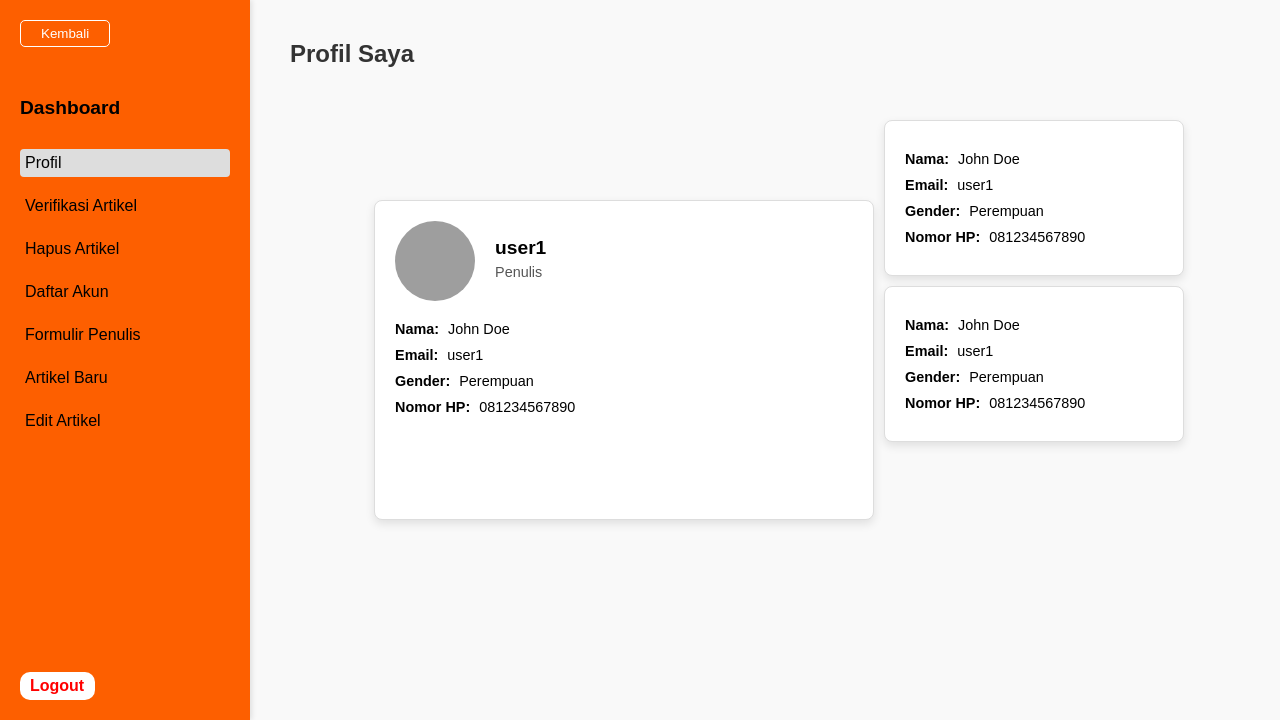
Repository: novalArd/Website_Berita_360News
Page: http://localhost/tes/Profile.php
The author's editor kept a copy of each file at every save. The page is drawn from the files as they stood at one save, then again after the next save.
The browser window is 1280 px wide. The pictures show the whole page.
Pictures or frames that could not be fetched are drawn as grey boxes. The page is run by PHP 8.4 with error messages shown; the project is at /var/www/html/. The session is filled in as if someone had signed in: {"user_id": 1, "username": "user1", "role": "admin", "nama_lengkap": "John Doe", "jenis_kelamin": "", "nomor_hp": "081234567890"}. Other server files are loaded and not shown. The database holds what the project's SQL file puts in it.

Above is the page before, as saved 2024-12-16 23:59:50.

### tes/Profile.php
<?php
session_start();
if (!isset($_SESSION['user_id'])) {
    header('Location: ../pagelogin.html'); // Redirect jika belum login
    exit;
}

require '../database.php'; // Jalur diperbarui untuk mengakses database.php dari folder tes

// Ambil data pengguna dari database berdasarkan sesi
$stmt = $conn->prepare("SELECT * FROM users WHERE id = :id");
$stmt->execute(['id' => $_SESSION['user_id']]);
$user = $stmt->fetch(PDO::FETCH_ASSOC);

if (!$user) {
    echo "Pengguna tidak ditemukan.";
    exit;
}
?>

<!DOCTYPE html>
<html lang="id">
<head>
  <meta charset="UTF-8">
  <meta name="viewport" content="width=device-width, initial-scale=1.0">
  <title>Profil Saya</title>
  <link rel="stylesheet" href="profile.css?v=1.0">
</head>
<body>
  <div class="container">
    <!-- Sidebar -->
    <aside class="sidebar">
      <div class="kembali-btn">
        <button>Kembali</button>
      </div>
    <h3>Dashboard</h3>
      <ul>
        <?php if ($_SESSION['role'] === 'admin'): ?>
        <!-- Menu untuk admin -->
        <li><a id="profil" href="admin.php">Profil</a></li>
        <li><a id="verifikasiArtikel" href="verifikasi.php">Verifikasi Artikel</a></li>
        <li><a id="hapusArtikel" href="hapus_artikel.php">Hapus Artikel</a></li>
        <li><a id="daftarAkun" href="daftar_akun.php">Daftar Akun</a></li>
        <li><a id="formulirPenulis" href="form_penulis.php">Formulir Penulis</a></li>
        <li><a id="artikelBaru" href="artikel_baru.php">Artikel Baru</a></li>
        <li><a id="editArtikel" href="edit_artikel.php">Edit Artikel</a></li>
        <?php elseif ($_SESSION['role'] === 'penulis'): ?>
        <!-- Menu untuk penulis -->
        <li><a id="profil" href="Profile.php">Profile</a></li>
        <li><a id="tambahArtikel" href="Tambah.php">Tambah Artikel</a></li>
        <li><a id="editArtikel" href="edit_artikel.php">Edit Artikel</a></li>
        <li><a id="artikelSaya" href="artikel_saya.php">Artikel Saya</a></li>
        <li><a id="hapusArtikel" href="hapus_artikel.php">Hapus Artikel</a></li>
        <?php endif; ?>
      </ul>
    <a href="../logout.php" class="logout">Logout</a>
  </aside>

    <!-- Main Content -->
    <main class="main-content">
      <h2>Profil Saya</h2>
      <div class="profile-card" id="profil-nama">
        <div class="profile-header">
          <img src="profile-pic.jpg" alt="Foto Profil" class="profile-img">
          <div>
            <h3><?php echo htmlspecialchars($user['username']); ?></h3>
            <p>Penulis</p>
          </div>
        </div>
        <div class="profile-details">
          <p><strong>Nama:</strong> <?php echo htmlspecialchars($user['nama_lengkap']); ?></p>
          <p><strong>Email:</strong> <?php echo htmlspecialchars($user['username']); ?></p>
          <p><strong>Gender:</strong> <?php echo $user['jenis_kelamin'] == 'L' ? 'Laki-laki' : 'Perempuan'; ?></p>
          <p><strong>Nomor HP:</strong> <?php echo htmlspecialchars($user['nomor_hp']); ?></p>
        </div>
      </div>
      <div class="profile-2">
      <div class="profile-card">
        <div class="profile-details">
          <p><strong>Nama:</strong> <?php echo htmlspecialchars($user['nama_lengkap']); ?></p>
          <p><strong>Email:</strong> <?php echo htmlspecialchars($user['username']); ?></p>
          <p><strong>Gender:</strong> <?php echo $user['jenis_kelamin'] == 'L' ? 'Laki-laki' : 'Perempuan'; ?></p>
          <p><strong>Nomor HP:</strong> <?php echo htmlspecialchars($user['nomor_hp']); ?></p>
        </div>
      </div>
      <div class="profile-card">
        <div class="profile-details">
          <p><strong>Nama:</strong> <?php echo htmlspecialchars($user['nama_lengkap']); ?></p>
          <p><strong>Email:</strong> <?php echo htmlspecialchars($user['username']); ?></p>
          <p><strong>Gender:</strong> <?php echo $user['jenis_kelamin'] == 'L' ? 'Laki-laki' : 'Perempuan'; ?></p>
          <p><strong>Nomor HP:</strong> <?php echo htmlspecialchars($user['nomor_hp']); ?></p>
        </div>
      </div>
      </div>
    </main>
  </div>
</body>
</html>

### database.php
<?php
$host = 'localhost';
$dbname = 'news_management';
$username = 'root'; // Sesuaikan dengan username database Anda
$password = ''; // Sesuaikan dengan password database Anda

try {
    // Membuat koneksi ke database menggunakan PDO
    $conn = new PDO("mysql:host=$host;dbname=$dbname", $username, $password);
    $conn->setAttribute(PDO::ATTR_ERRMODE, PDO::ERRMODE_EXCEPTION);
} catch (PDOException $e) {
    // Menampilkan pesan jika koneksi gagal
    echo "Connection failed: " . $e->getMessage();
    die();
}

// Fungsi untuk memeriksa keberadaan pengguna dalam database tanpa hashing password
function checkUser($username, $password) {
    global $conn;
    $stmt = $conn->prepare("SELECT * FROM users WHERE username = :username AND password = :password"); // Query SQL untuk mencari username dan password
    $stmt->execute(['username' => $username, 'password' => $password]);
    $user = $stmt->fetch(PDO::FETCH_ASSOC);

    return $user ? $user : false; // Mengembalikan data pengguna jika ditemukan, false jika tidak
}
?>

### tes/profile.css
/* Reset CSS */
* {
  margin: 0;
  padding: 0;
  box-sizing: border-box;
}
/* General Styles */
body {
  margin: 0;
  font-family: Arial, sans-serif;
  background-color: #f9f9f9;
  display: flex;
}

.container {
  display: flex;
  width: 100%;
  height: 100vh;
}

/* Sidebar */
.sidebar {
  background-color: #FD5F00;
  width: 250px;
  padding: 20px;
  display: flex;
  flex-direction: column;
  box-shadow: 2px 0 5px rgba(0, 0, 0, 0.1);
}

.sidebar .kembali-btn button {
  padding: 5px 20px;
  border: 1px solid white;
  color: white;
  background-color: #FD5F00;
  border-radius: 5px;
  transition: all 0.2s ease-in-out;
}

.sidebar .kembali-btn button:hover {
  color: black;
  background-color: white;
  border: 1px solid white;
  cursor: pointer;
}

.sidebar h3 {
  font-size: 1.2em;
  margin-bottom: 30px;
  margin-top: 50px;
}

.sidebar ul {
  list-style: none;
  padding: 0;
  margin: 0;
}

.sidebar ul li {
  margin-bottom: 15px;
}

.sidebar ul li a {
  text-decoration: none;
  color: black;
  font-size: 1em;
  padding: 5px;
  display: block;
  transition: background-color 0.3s ease;
}

.sidebar ul li #profil {
  background-color: #ddd;
  border-radius: 4px;
}

.sidebar ul li a:hover {
  background-color: #ddd;
  border-radius: 4px;
}

.logout {
  width: 75px;
  margin-top: auto;
  color: red;
  background-color: white;
  font-weight: bold;
  text-decoration: none;
  padding: 5px 10px;
  display: inline-block;
  border-radius: 10px;
}

.logout:hover {
  background-color: #fdd;
  border-radius: 10px;
}

/* Main Content */
.main-content {
  display: flex;
  padding: 40px;
}

.main-content h2 {
  margin-bottom: 20px;
  font-size: 1.5em;
  color: #333;
  text-align: center;
  margin-bottom: 20px;
  margin-right: -40px;
}

/* Profile Card */
.profile-card {
  background-color: #fff;
  border: 1px solid #ddd;
  border-radius: 8px;
  box-shadow: 0 4px 10px rgba(0, 0, 0, 0.1);
  padding: 20px;
  max-width: 600px;
  width: 500px;
  margin: auto;
}

.container #profil-nama {
  height: 320px;
}

.profile-2 {
  margin-top: 70px;
}

.profile-2 .profile-card {
  margin: 10px;
  width: 300px;
}

.profile-header {
  display: flex;
  align-items: center;
  margin-bottom: 20px;
}

.profile-img {
  width: 80px;
  height: 80px;
  border-radius: 50%;
  margin-right: 20px;
}

.profile-header h3 {
  margin: 0;
  font-size: 1.2em;
}

.profile-header p {
  margin: 5px 0;
  color: #555;
  font-size: 0.9em;
}

.profile-details p {
  margin: 10px 0;
  font-size: 0.9em;
}

.profile-details p strong {
  font-weight: bold;
  margin-right: 5px;
}

.article-form {
  background-color: #fff;
  padding: 20px;
  border-radius: 8px;
  box-shadow: 0 4px 10px rgba(0, 0, 0, 0.1);
  max-width: 600px;
  margin: auto;
}

.form-group {
  margin-bottom: 20px;
}

.form-group label {
  display: block;
  margin-bottom: 8px;
  font-weight: bold;
}

.form-group input,
.form-group textarea,
.form-group select {
  width: 100%;
  padding: 10px;
  font-size: 1em;
  border: 1px solid #ddd;
  border-radius: 4px;
  box-sizing: border-box;
}

textarea {
  resize: none;
}

.btn-submit {
  background-color: #4CAF50;
  color: #fff;
  border: none;
  padding: 10px 20px;
  font-size: 1em;
  border-radius: 4px;
  cursor: pointer;
  transition: background-color 0.3s ease;
}

.btn-submit:hover {
  background-color: #45a049;
}

.form-group select {
  width: 100%;
  padding: 10px;
  font-size: 1em;
  border: 1px solid #ddd;
  border-radius: 4px;
  box-sizing: border-box;
  margin-bottom: 10px;
}

### news_management.sql (the tables this page reads)
CREATE TABLE `users` (
  `id` int(11) NOT NULL,
  `username` varchar(255) NOT NULL,
  `password` varchar(255) NOT NULL,
  `role` enum('admin','penulis','pengguna') DEFAULT 'pengguna',
  `nama_lengkap` varchar(255) NOT NULL,
  `jenis_kelamin` enum('L','P') NOT NULL,
  `nomor_hp` varchar(15) NOT NULL,
  `email` varchar(100) DEFAULT NULL,
  `created_at` datetime NOT NULL DEFAULT current_timestamp()
) ENGINE=InnoDB DEFAULT CHARSET=utf8mb4 COLLATE=utf8mb4_general_ci;

INSERT INTO `users` (`id`, `username`, `password`, `role`, `nama_lengkap`, `jenis_kelamin`, `nomor_hp`, `email`, `created_at`) VALUES
(1, 'user1', 'password123', 'admin', 'John Doe', '', '081234567890', NULL, '2024-12-13 14:24:59'),
(2, 'user2', 'mypassword', 'admin', 'Jane Doe', '', '082345678901', NULL, '2024-12-13 14:24:59'),
(3, 'user3', 'alexpass', 'admin', 'Alex Smith', '', '083456789012', NULL, '2024-12-13 14:24:59'),
(4, 'admin01', 'password123', 'admin', 'Admin Satu', 'L', '081234567890', 'admin01@example.com', '2024-12-13 14:26:12'),
(5, 'Alex', 'password123', 'penulis', 'Alex Hunter', 'L', '082345678901', 'penulis01@example.com', '2024-12-13 14:26:12'),
(6, 'Edho', 'password123', 'penulis', 'Penulis Dua', 'L', '083456789012', 'penulis02@example.com', '2024-12-13 14:26:12'),
(7, 'EdhoGanteng', '1234', 'pengguna', 'Agustino Edward', 'L', '082123234331', 'edho@gmail.com', '2024-12-24 04:21:20'),
(8, 'Ferry', '1234', 'pengguna', 'Josua', 'L', '', 'sted.se@anup1.com', '2024-12-31 01:01:48');

ALTER TABLE `users`
  ADD PRIMARY KEY (`id`),
  ADD UNIQUE KEY `username` (`username`),
  ADD UNIQUE KEY `email` (`email`);

ALTER TABLE `users`
  MODIFY `id` int(11) NOT NULL AUTO_INCREMENT, AUTO_INCREMENT=9;

After the next save:
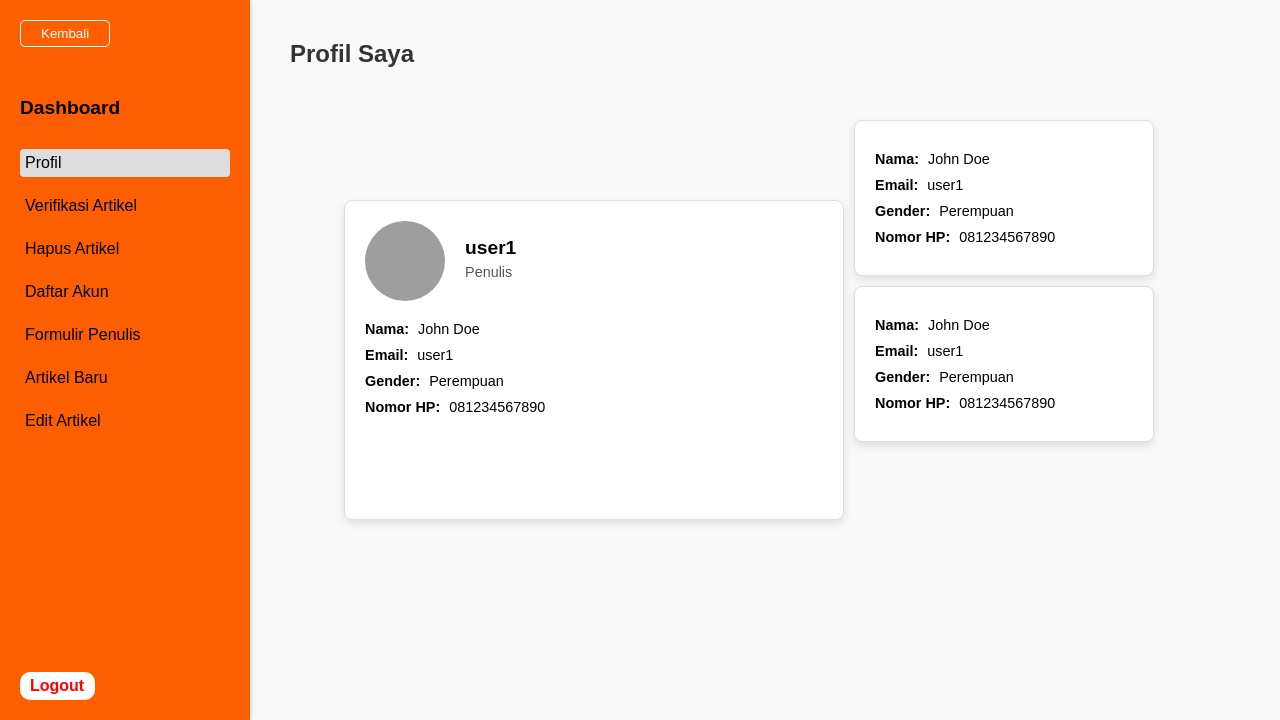
Saved 19 s later.
--- a/tes/profile.css
+++ b/tes/profile.css
@@ -108,7 +108,7 @@ body {
   color: #333;
   text-align: center;
   margin-bottom: 20px;
-  margin-right: -40px;
+  margin-right: -70px;
 }
 
 /* Profile Card */
